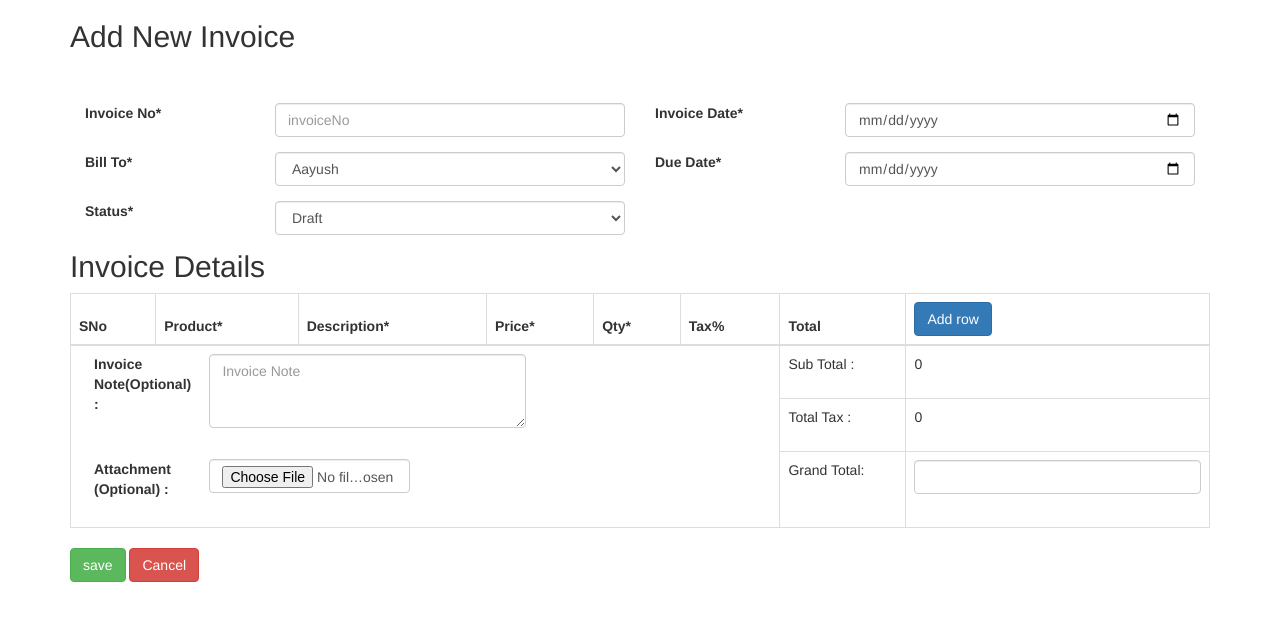
Repository: Aayush13013/Invoice_Management_app
Page: http://localhost/invoiceInfo/WEB-INF/jsp/new_invoiceInfo.jsp
An editor plug-in stored every save of this project. The page is shown before and after a run of saves, followed by the edit.
The browser window is 1280 px wide. The pictures show the whole page.
The page is served by Tomcat 9. Nobody is signed in. The template is opened directly, without the code that normally fills it, so the values that code supplies are empty.

Above is the page before, as saved 2021-12-28 07:53:46.

After the next 2 saves:
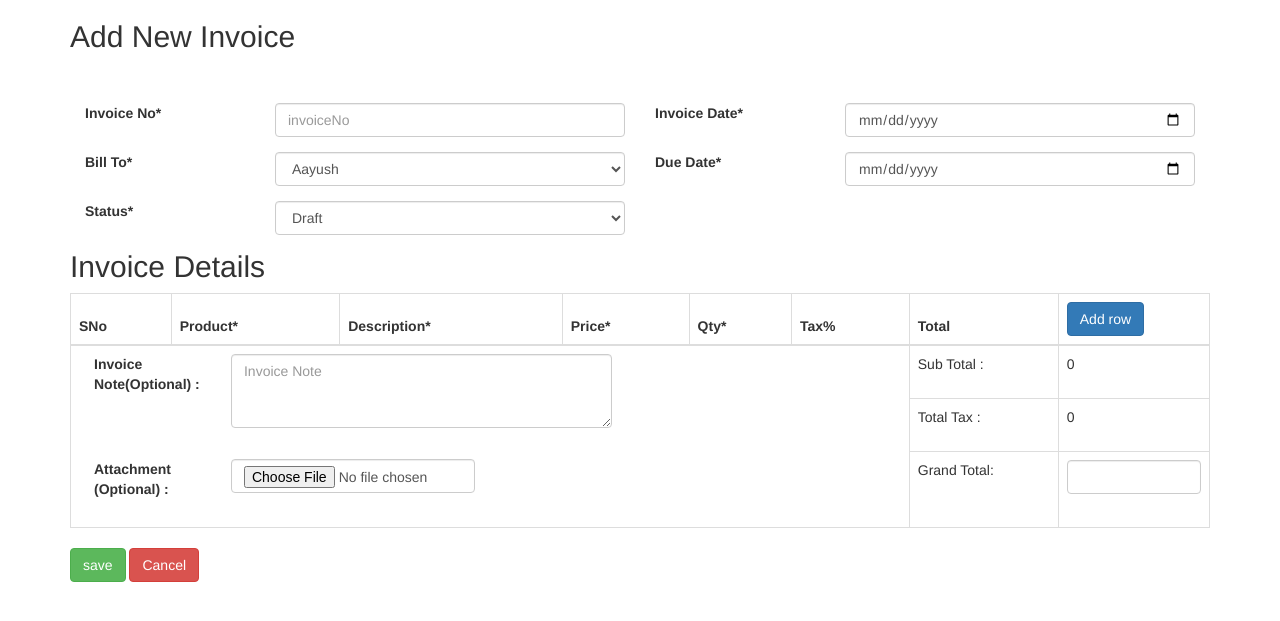
The 2 saves are shown as one change because they came seconds apart.
The last was saved 37 s later.
--- a/invoiceInfo/invoiceInfo/src/main/webapp/WEB-INF/jsp/new_invoiceInfo.jsp
+++ b/invoiceInfo/invoiceInfo/src/main/webapp/WEB-INF/jsp/new_invoiceInfo.jsp
@@ -208,7 +208,7 @@
 							</div>
 						</td>
 						<td>Grand Total:</td>
-						<td><input type="text" path="grandTotal" name="grandTotal"
+						<td><span type="text" path="grandTotal" name="grandTotal"
 							id="grandTotal" class="form-control col-4 mb-4" /></td>
 					</tr>
 
